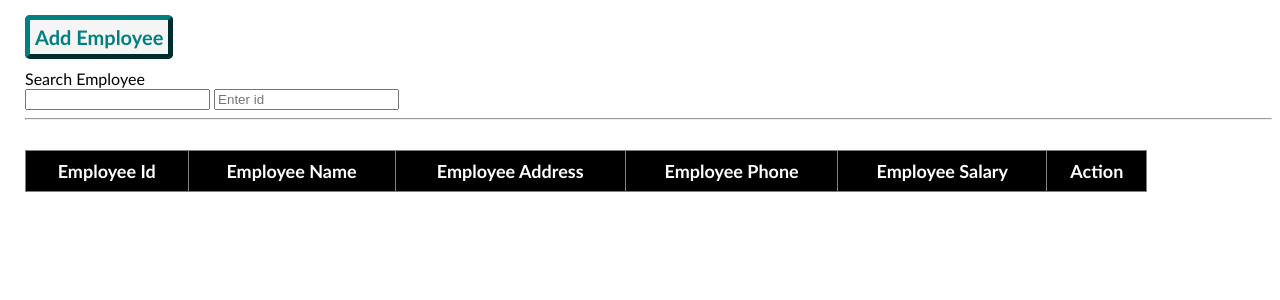
Repository: prieeyatambe/priyatambe_SpringMavenHibernate
Page: http://localhost/Project/WEB-INF/view/list.jsp
The author's editor kept a copy of each file at every save. The page is drawn from the files as they stood at one save, then again after the next save.
The browser window is 1280 px wide. The pictures show the whole page.
The page is served by Tomcat 9. Nobody is signed in. The template is opened directly, without the code that normally fills it, so the values that code supplies are empty.

Above is the page before, as saved 2024-03-06 10:07:41.

After the next save:
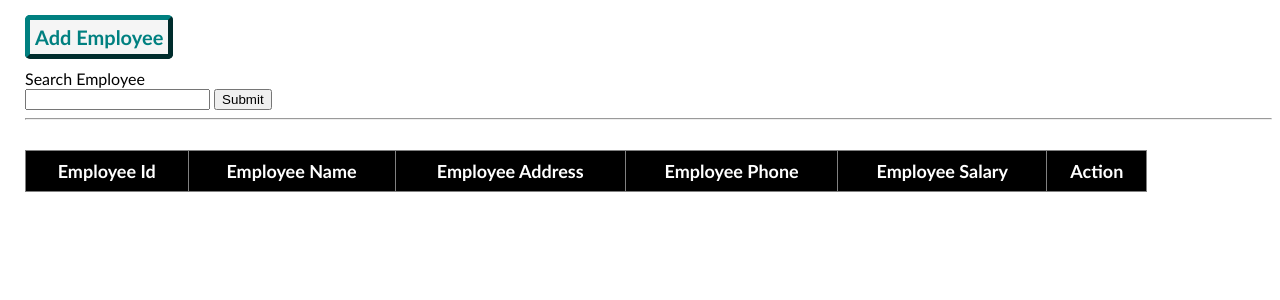
Saved 39 s later.
--- a/SpringMaven/mavenproject/Project/src/main/webapp/WEB-INF/view/list.jsp
+++ b/SpringMaven/mavenproject/Project/src/main/webapp/WEB-INF/view/list.jsp
@@ -79,7 +79,7 @@ td{
 <div class="fetch-emp">Search Employee<br>
 	<form action="fetchEmp" method="get">
 		<input type="search" name="id" value="${employee.id}">
-		<input type="number" placeholder="Enter id">
+		<input type="submit" placeholder="">
 	</form>
 </div>
 <hr>
